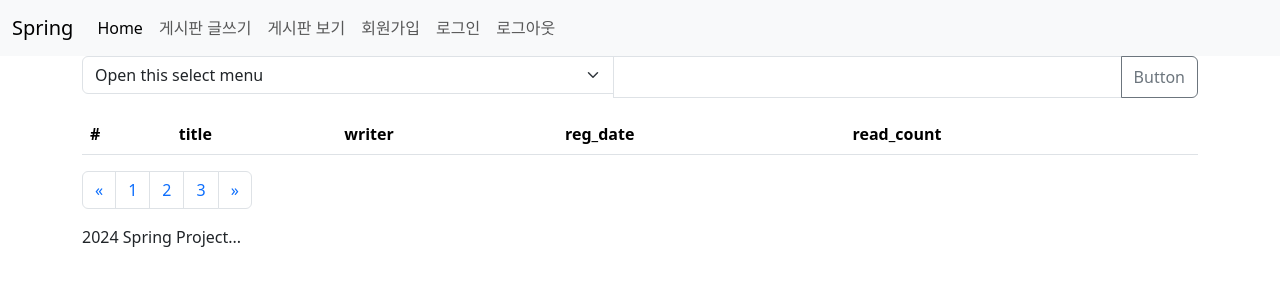
Repository: wanted2001/jsp_project
Page: http://localhost/spring_study/WEB-INF/views/board/list.jsp
An editor plug-in stored every save of this project. The page is shown before and after the next save, followed by the edit.
The browser window is 1280 px wide. The pictures show the whole page.
The page is served by Tomcat 9. Nobody is signed in. Other server files are loaded and not shown. The template is opened directly, without the code that normally fills it, so the values that code supplies are empty.

Above is the page before, as saved 2024-04-24 08:43:39.

### spring_study/src/main/webapp/WEB-INF/views/board/list.jsp
<%@ page language="java" contentType="text/html; charset=UTF-8"
	pageEncoding="UTF-8"%>
<%@taglib uri="http://java.sun.com/jsp/jstl/core" prefix="c"%>
<jsp:include page="../layout/header.jsp"></jsp:include>
<div class="container-md">
	<title>Board list page</title>
	<form action="">
		<div class="input-group mb-3">
			<select class="form-select form-select mb-1"
				aria-label="Large select example">
				<option selected>Open this select menu</option>
				<option value="1">One</option>
				<option value="2">Two</option>
				<option value="3">Three</option>
			</select>
			</button>
			<input type="text" class="form-control"
				aria-label="Text input with dropdown button" />
			<button class="btn btn-outline-secondary" type="button"
				id="button-addon2">Button</button>
		</div>
	</form>
	<table class="table table-hover">
		<thead>
			<tr>
				<th>#</th>
				<th>title</th>
				<th>writer</th>
				<th>reg_date</th>
				<th>read_count</th>
			</tr>
		</thead>
		<tbody>
			<c:forEach items="${list}" var="list">
				<tr>
					<td>${list.bno}</td>
					<td><a href="/board/detail?bno=${list.bno}">${list.title}</a></td>
					<td>${list.writer}</td>
					<td>${list.reg_date}</td>
					<td>${list.read_count}</td>
				</tr>
			</c:forEach>
		</tbody>
	</table>
	<nav aria-label="Page navigation example">
		<ul class="pagination">
			<li class="page-item"><a class="page-link" href="#"
				aria-label="Previous"> <span aria-hidden="true">&laquo;</span>
			</a></li>
			<li class="page-item"><a class="page-link" href="#">1</a></li>
			<li class="page-item"><a class="page-link" href="#">2</a></li>
			<li class="page-item"><a class="page-link" href="#">3</a></li>
			<li class="page-item"><a class="page-link" href="#"
				aria-label="Next"> <span aria-hidden="true">&raquo;</span>
			</a></li>
		</ul>
	</nav>
</div>

<jsp:include page="../layout/footer.jsp"></jsp:include>

### spring_study/src/main/webapp/WEB-INF/views/layout/header.jsp
<%@ page language="java" contentType="text/html; charset=UTF-8"
    pageEncoding="UTF-8"%>
<!DOCTYPE html>
<html>
<head>
<meta charset="UTF-8">
<title>header.jsp</title>
<link href="https://cdn.jsdelivr.net/npm/bootstrap@5.3.3/dist/css/bootstrap.min.css" rel="stylesheet" integrity="sha384-QWTKZyjpPEjISv5WaRU9OFeRpok6YctnYmDr5pNlyT2bRjXh0JMhjY6hW+ALEwIH" crossorigin="anonymous">
<script src="https://cdn.jsdelivr.net/npm/bootstrap@5.3.3/dist/js/bootstrap.bundle.min.js" integrity="sha384-YvpcrYf0tY3lHB60NNkmXc5s9fDVZLESaAA55NDzOxhy9GkcIdslK1eN7N6jIeHz" crossorigin="anonymous"></script>
</head>
<body>
<nav class="navbar navbar-expand-lg bg-body-tertiary">
  <div class="container-fluid">
    <a class="navbar-brand" href="#">Spring</a>
    <button class="navbar-toggler" type="button" data-bs-toggle="collapse" data-bs-target="#navbarSupportedContent" aria-controls="navbarSupportedContent" aria-expanded="false" aria-label="Toggle navigation">
      <span class="navbar-toggler-icon"></span>
    </button>
    <div class="collapse navbar-collapse" id="navbarSupportedContent">
      <ul class="navbar-nav me-auto mb-2 mb-lg-0">
        <li class="nav-item">
          <a class="nav-link active" aria-current="page" href="/">Home</a>
        </li>
        <li class="nav-item">
          <a class="nav-link" href="/board/register">게시판 글쓰기</a>
        </li>
        <li class="nav-item">
          <a class="nav-link" href="/board/list">게시판 보기</a>
        </li>
        <li class="nav-item">
          <a class="nav-link" href="#">회원가입</a>
        </li>
        <li class="nav-item">
          <a class="nav-link" href="#">로그인</a>
        </li>
        <li class="nav-item">
          <a class="nav-link" href="#">로그아웃</a>
        </li>
  	  </ul>
    </div>
  </div>
</nav>

### spring_study/src/main/webapp/WEB-INF/views/layout/footer.jsp
<%@ page language="java" contentType="text/html; charset=UTF-8"
    pageEncoding="UTF-8"%>
<div class="container-md">
	2024 Spring Project...
</div>

</body>
</html>

After the next save:
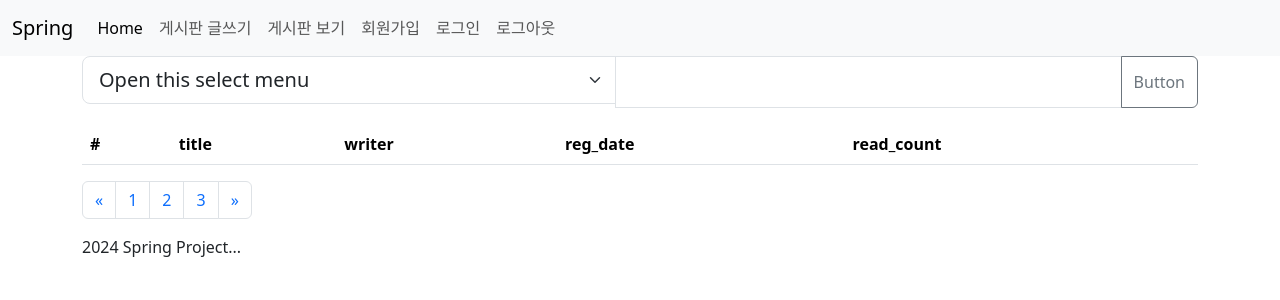
Saved 17 s later.
--- a/spring_study/src/main/webapp/WEB-INF/views/board/list.jsp
+++ b/spring_study/src/main/webapp/WEB-INF/views/board/list.jsp
@@ -6,7 +6,7 @@
 	<title>Board list page</title>
 	<form action="">
 		<div class="input-group mb-3">
-			<select class="form-select form-select mb-1"
+			<select class="form-select form-select-lg mb-1"
 				aria-label="Large select example">
 				<option selected>Open this select menu</option>
 				<option value="1">One</option>
